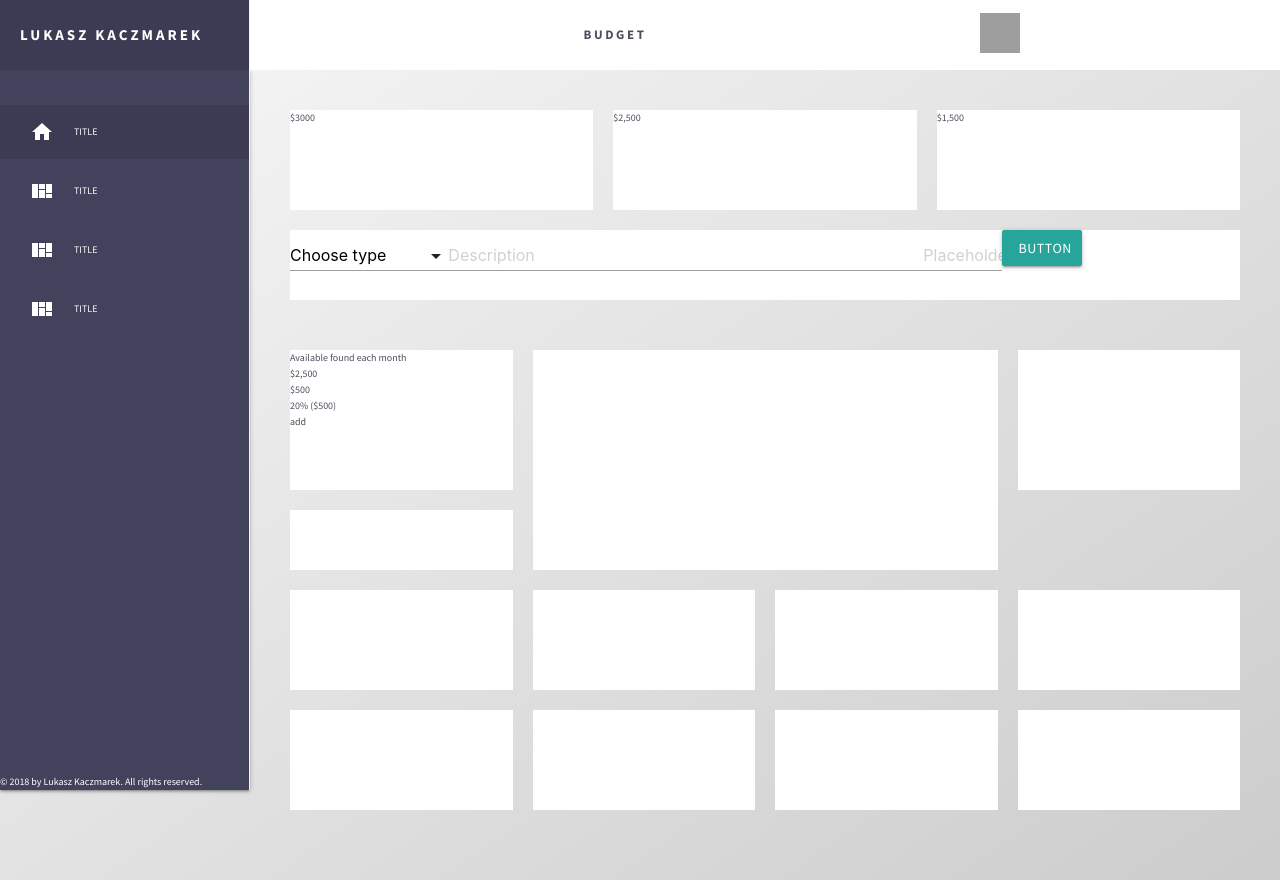
Repository: Archezi/BudgetApplication
Page: index.html
An editor plug-in stored every save of this project. The page is shown before and after the next save, followed by the edit.
The browser window is 1280 px wide. The pictures show the whole page.
Pictures or frames that could not be fetched are drawn as grey boxes. The style sheet was rebuilt from its Sass, Less or Tailwind sources for each picture, by a compiler version that may differ from the author's.

Above is the page before, as saved 2018-08-29 21:00:32.

After the next save:
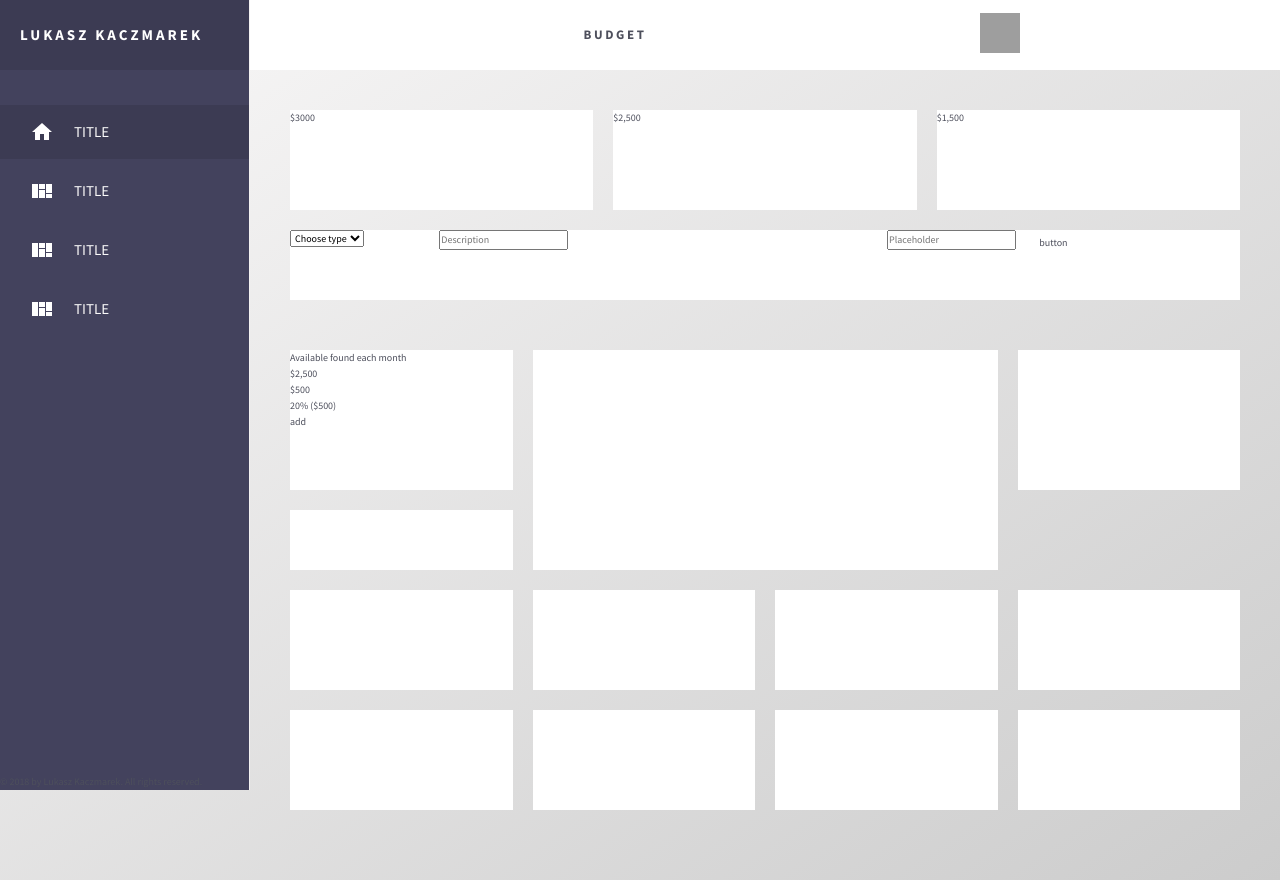
Console error: TypeError: $(...).formSelect is not a function
Saved 6 min 29 s later.
--- a/index.html
+++ b/index.html
@@ -8,7 +8,7 @@
     <!--Import Google Icon Font-->
     <link href="https://fonts.googleapis.com/icon?family=Material+Icons" rel="stylesheet">
     <!--Import materialize.css-->
-    <link type="text/css" rel="stylesheet" href="css/materialize.min.css"  media="screen,projection"/>
+    <link type="text/css" rel="stylesheet" href="css/bootstrap.min.css"  media="screen,projection"/>
     <!-- Website style.css-->
     <link rel="stylesheet" href="css/style.comp.css">
 
@@ -150,7 +150,8 @@
 
    <!-- Compiled and minified JavaScript -->
    <script src="js/jquery.min.js"></script>
-   <script src="https://cdnjs.cloudflare.com/ajax/libs/materialize/1.0.0-rc.2/js/materialize.min.js"></script>
+   <script src="js/bootstrap.js"></script>
+   <!-- <script src="https://cdnjs.cloudflare.com/ajax/libs/materialize/1.0.0-rc.2/js/materialize.min.js"></script> -->
    <script src="js/myscript.js"></script>
 </body>
 </html>
